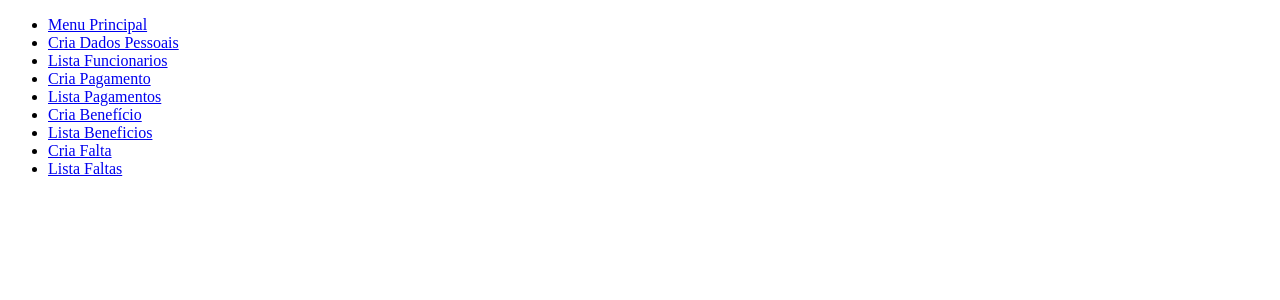
Repository: engcarlosrosa/big_data_proj
Page: rhcontroller/WebContent/menu.html
An editor plug-in stored every save of this project. The page is shown before and after the next save, followed by the edit.
The browser window is 1280 px wide. The pictures show the whole page.

Above is the page before, as saved 2018-09-18 22:50:04.

### rhcontroller/WebContent/menu.html
<!DOCTYPE html>
<html>
<head>
<meta charset="ISO-8859-1">
<title>Menu Principal</title>
</head>
<body>
<ul>
  <li><a href="menu.html">Menu Principal</a></li>
  <li><a href="cria_dados_pessoais.html">Cria Dados Pessoais</a></li>
  <li><a href="lista_funcionarios.html">Lista Funcionarios</a></li>
  <li><a href="cria_pagamentos.html">Cria Pagamento</a></li>
  <li><a href="ServiceListaPagamentos">Lista Pagamentos</a></li>
  <li><a href="cria_beneficios.html">Cria Benefício</a></li>
  <li><a href="ServiceListaBeneficios">Lista Beneficios</a></li>
  <li><a href="cria_faltas.html">Cria Falta</a></li>
  <li><a href="ServiceListaFaltas">Lista Faltas</a></li>
</ul>

</body>
</html>

After the next save:
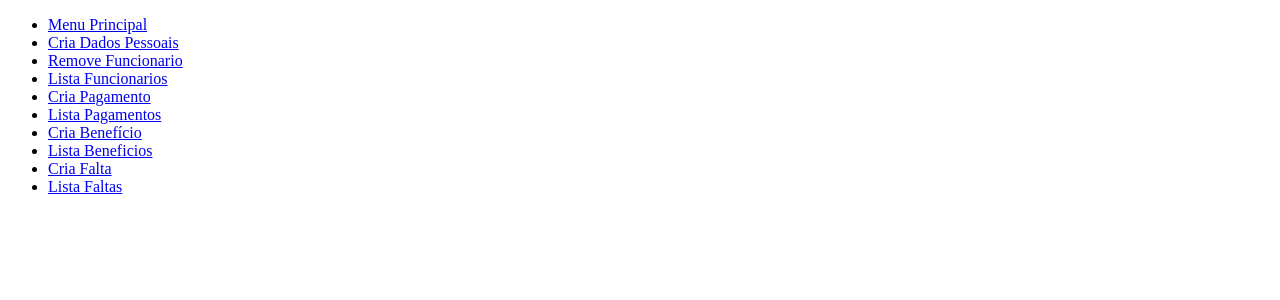
Saved 2 min 55 s later.
--- a/rhcontroller/WebContent/menu.html
+++ b/rhcontroller/WebContent/menu.html
@@ -8,6 +8,7 @@
 <ul>
   <li><a href="menu.html">Menu Principal</a></li>
   <li><a href="cria_dados_pessoais.html">Cria Dados Pessoais</a></li>
+   <li><a href="remove_funcionario.html">Remove Funcionario</a></li>
   <li><a href="lista_funcionarios.html">Lista Funcionarios</a></li>
   <li><a href="cria_pagamentos.html">Cria Pagamento</a></li>
   <li><a href="ServiceListaPagamentos">Lista Pagamentos</a></li>
